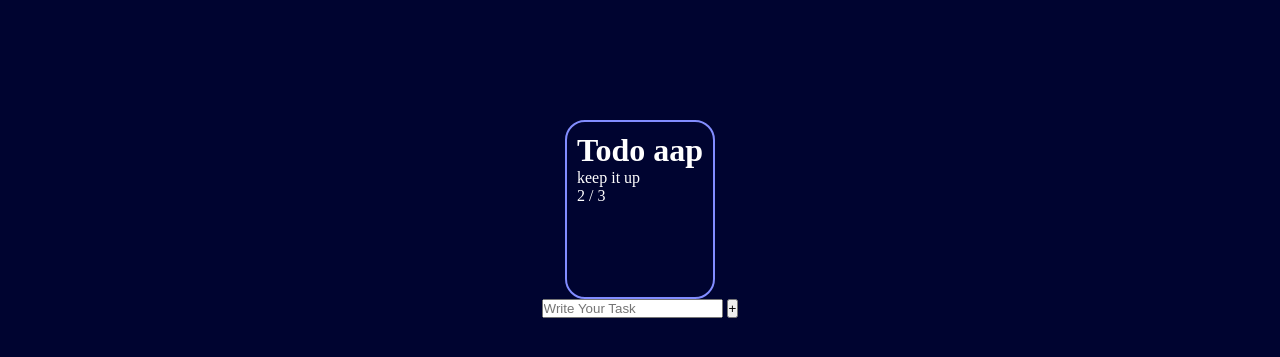
Repository: rajkapoor763-arch/first-work
Page: index.html
An editor plug-in stored every save of this project. The page is shown before and after the next save, followed by the edit.
The browser window is 1280 px wide. The pictures show the whole page.

Above is the page before, as saved 2025-09-15 20:57:47.

After the next save:
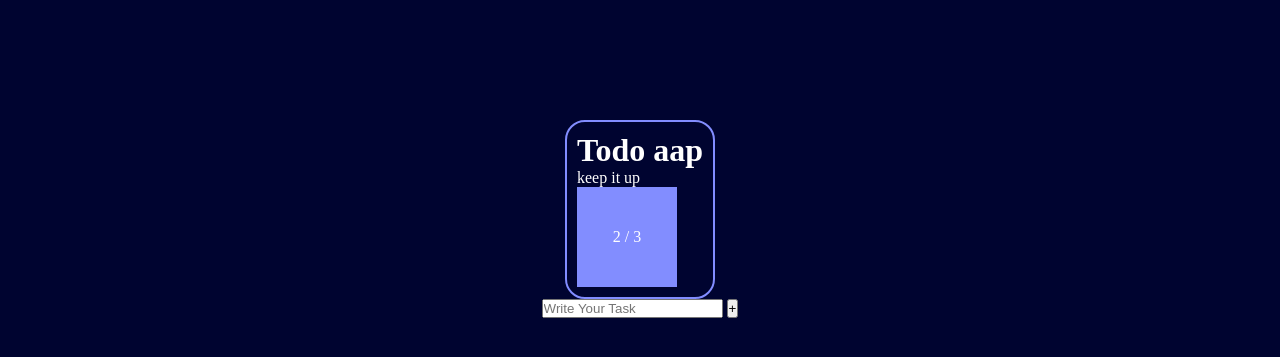
Saved 60 s later.
--- a/style.css
+++ b/style.css
@@ -30,5 +30,8 @@ body{
 #numbers{
     width:100px;
     height:100px;
-    background-color: var(--pink);
+    background-color: var(--purple);
+    display:flex;
+    align-items:center;
+    justify-content:center;s
 }
